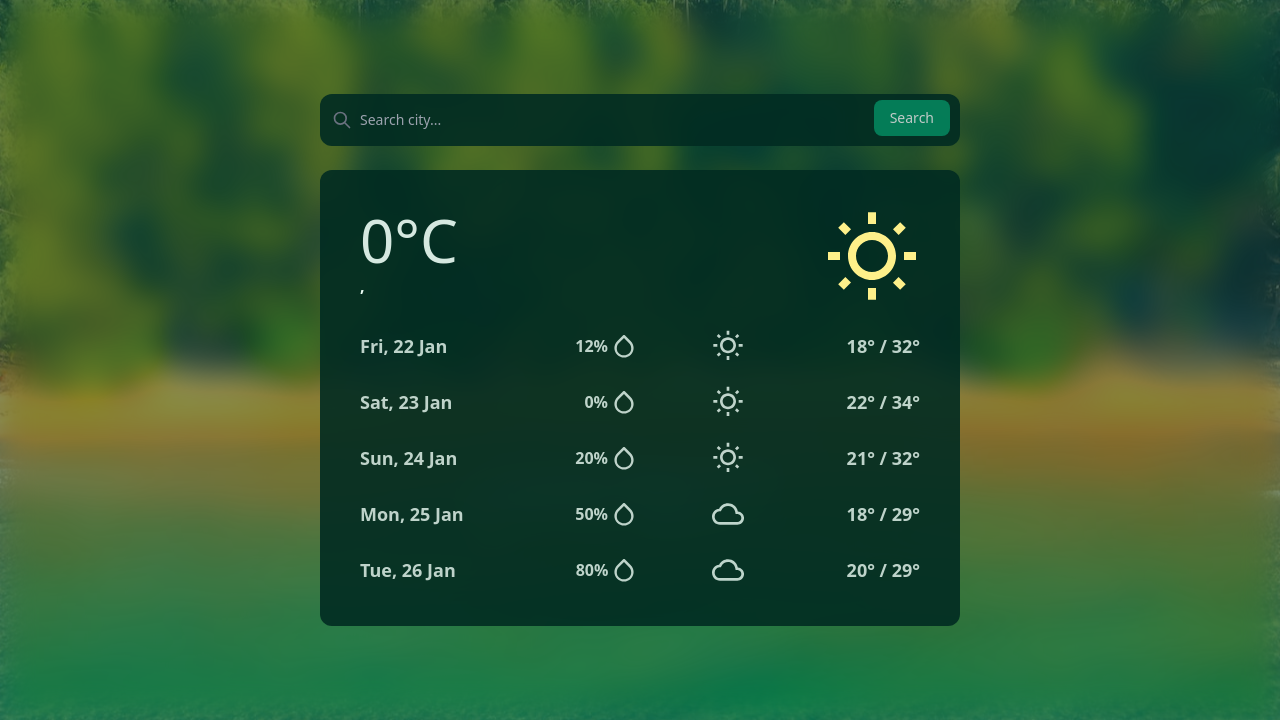
Repository: mikelCabezas/angular-exercices
Page: / (app in weather-app/)
These files come from the project's save history. The page is drawn as it stood at one moment and after the next save; the edit follows.
The browser window is 1280 px wide. The pictures show the whole page.
The project was rebuilt for these pictures with package versions that can differ from the ones it lists, and the page was loaded fresh each time. Also part of the build but not shown: weather-app/angular.json.

Above is the page before, as saved 2023-09-18 19:22:51.

After the next save:
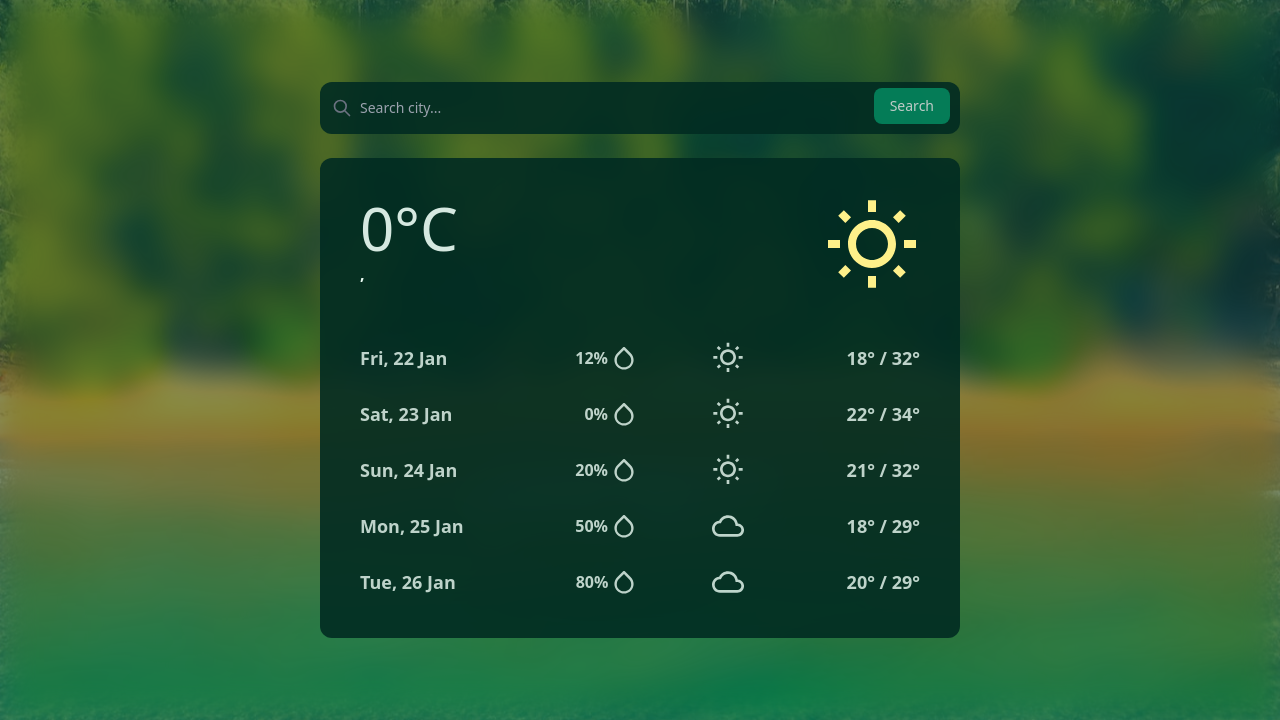
Saved 4 s later.
--- a/weather-app/src/app/components/dashboard/dashboard.component.html
+++ b/weather-app/src/app/components/dashboard/dashboard.component.html
@@ -57,7 +57,7 @@
             </svg>
         </div>
 
-        <div class="flex flex-col space-y-6 mt-6">
+        <div class="flex flex-col space-y-6 mt-12">
             <div class="flex justify-between items-center">
                 <span class="font-semibold text-lg w-1/4">Fri, 22 Jan</span>
                 <div class="flex items-center justify-end w-1/4 pr-10">
